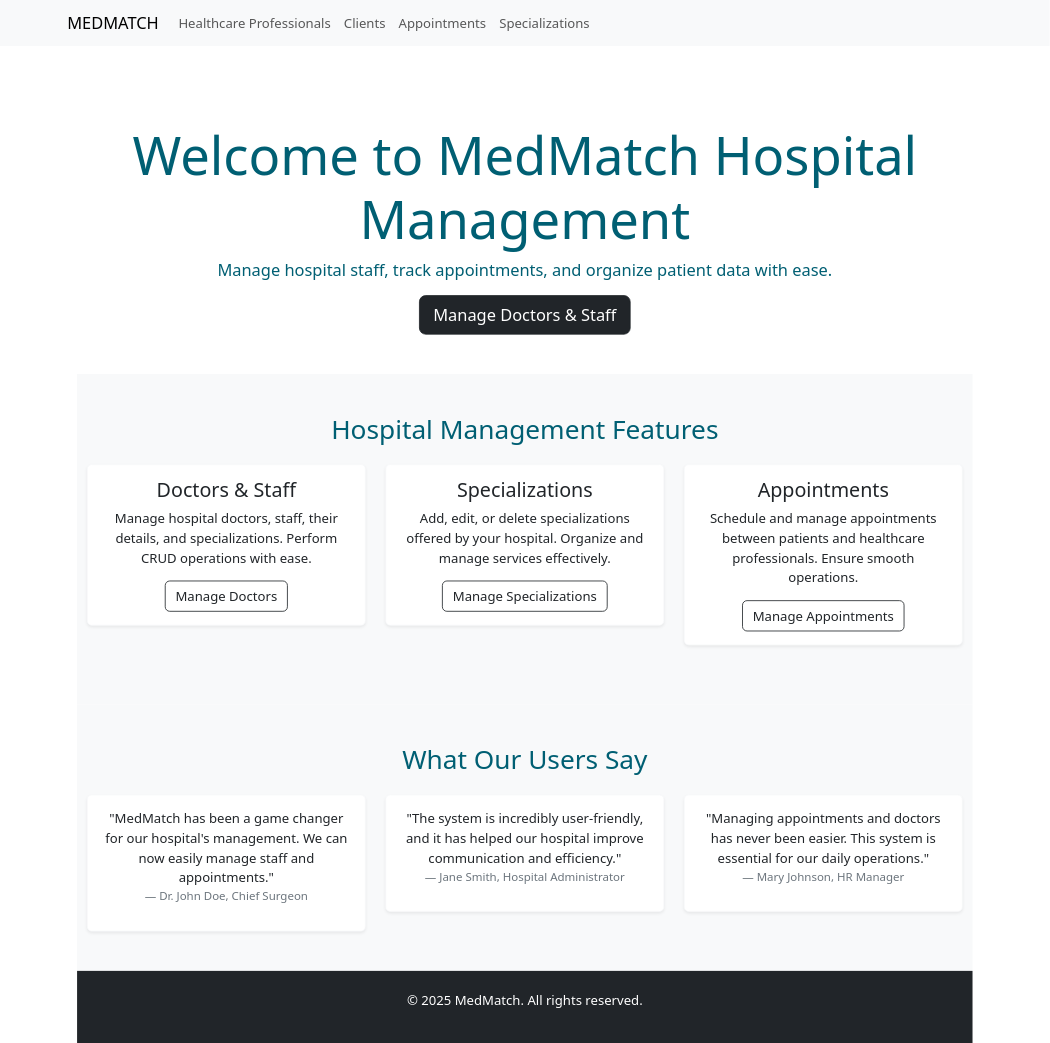
Repository: fahma20/medmatch-platform
Page: / (app in client/)
The author's editor kept a copy of each file at every save. The page is drawn from the files as they stood at one save, then again after the next save.
The browser window is 1280 px wide. The pictures show the whole page, at 82% of full size.
The project was rebuilt for these pictures with package versions that can differ from the ones it lists, and the page was loaded fresh each time. Also part of the build but not shown: client/src/components/Healthcareprofessionals.js, client/src/components/Specializations.js, client/src/components/Appointments.js, client/src/components/Clients.js.

Above is the page before, as saved 2025-02-02 08:34:05.

After the next save:
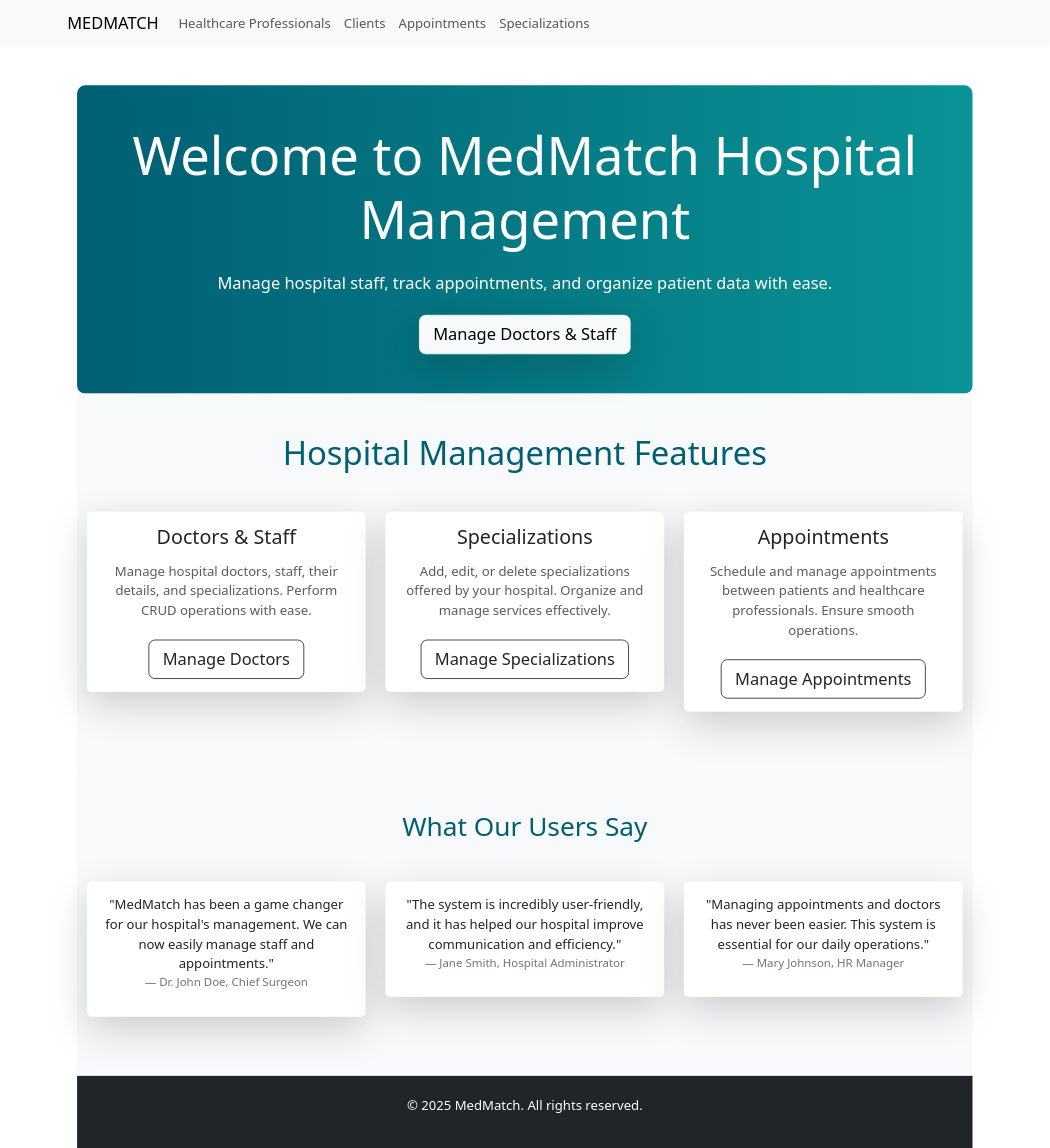
Saved 5 h 42 min later.
--- a/client/src/components/Homepage.js
+++ b/client/src/components/Homepage.js
@@ -6,48 +6,78 @@ const HomePage = () => {
   return (
     <div className="container-fluid">
       {/* Hero Section */}
-      <section className="hero py-5" style={{ backgroundColor: '#ffffff', color: '#005f73' }}>
+      <section
+        className="hero py-5 text-white"
+        style={{
+          background: 'linear-gradient(to right, #005f73, #0a9396)',
+          color: '#ffffff',
+          borderRadius: '10px',
+        }}
+      >
         <div className="container text-center">
-          <h1 className="display-3 font-weight-bold">Welcome to MedMatch Hospital Management</h1>
-          <p className="lead">Manage hospital staff, track appointments, and organize patient data with ease.</p>
-          <Link to="/healthcare-professionals" className="btn btn-dark btn-lg">Manage Doctors & Staff</Link>
+          <h1 className="display-3 font-weight-bold mb-4">
+            Welcome to MedMatch Hospital Management
+          </h1>
+          <p className="lead mb-4">
+            Manage hospital staff, track appointments, and organize patient data with ease.
+          </p>
+          <Link to="/healthcare-professionals" className="btn btn-light btn-lg shadow-lg">
+            Manage Doctors & Staff
+          </Link>
         </div>
       </section>
 
       {/* Features Section */}
       <section className="features py-5" style={{ backgroundColor: '#f8f9fa' }}>
         <div className="container text-center">
-          <h2 className="font-weight-bold mb-4" style={{ color: '#005f73' }}>Hospital Management Features</h2>
+          <h2
+            className="font-weight-bold mb-5"
+            style={{ color: '#005f73', fontSize: '2.5rem' }}
+          >
+            Hospital Management Features
+          </h2>
           <div className="row">
             {/* Doctors & Staff Management */}
             <div className="col-lg-4 mb-4">
-              <div className="card shadow-sm border-light">
+              <div className="card shadow-lg border-0 rounded-lg">
                 <div className="card-body">
-                  <h4 className="card-title text-dark">Doctors & Staff</h4>
-                  <p className="card-text">Manage hospital doctors, staff, their details, and specializations. Perform CRUD operations with ease.</p>
-                  <Link to="/healthcare-professionals" className="btn btn-outline-dark">Manage Doctors</Link>
+                  <h4 className="card-title text-dark mb-3">Doctors & Staff</h4>
+                  <p className="card-text text-muted mb-4">
+                    Manage hospital doctors, staff, their details, and specializations. Perform CRUD operations with ease.
+                  </p>
+                  <Link to="/healthcare-professionals" className="btn btn-outline-dark btn-lg">
+                    Manage Doctors
+                  </Link>
                 </div>
               </div>
             </div>
 
             {/* Specializations Management */}
             <div className="col-lg-4 mb-4">
-              <div className="card shadow-sm border-light">
+              <div className="card shadow-lg border-0 rounded-lg">
                 <div className="card-body">
-                  <h4 className="card-title text-dark">Specializations</h4>
-                  <p className="card-text">Add, edit, or delete specializations offered by your hospital. Organize and manage services effectively.</p>
-                  <Link to="/specializations" className="btn btn-outline-dark">Manage Specializations</Link>
+                  <h4 className="card-title text-dark mb-3">Specializations</h4>
+                  <p className="card-text text-muted mb-4">
+                    Add, edit, or delete specializations offered by your hospital. Organize and manage services effectively.
+                  </p>
+                  <Link to="/specializations" className="btn btn-outline-dark btn-lg">
+                    Manage Specializations
+                  </Link>
                 </div>
               </div>
             </div>
 
             {/* Appointments Management */}
             <div className="col-lg-4 mb-4">
-              <div className="card shadow-sm border-light">
+              <div className="card shadow-lg border-0 rounded-lg">
                 <div className="card-body">
-                  <h4 className="card-title text-dark">Appointments</h4>
-                  <p className="card-text">Schedule and manage appointments between patients and healthcare professionals. Ensure smooth operations.</p>
-                  <Link to="/appointments" className="btn btn-outline-dark">Manage Appointments</Link>
+                  <h4 className="card-title text-dark mb-3">Appointments</h4>
+                  <p className="card-text text-muted mb-4">
+                    Schedule and manage appointments between patients and healthcare professionals. Ensure smooth operations.
+                  </p>
+                  <Link to="/appointments" className="btn btn-outline-dark btn-lg">
+                    Manage Appointments
+                  </Link>
                 </div>
               </div>
             </div>
@@ -58,28 +88,36 @@ const HomePage = () => {
       {/* Testimonials Section */}
       <section className="testimonials bg-light py-5">
         <div className="container text-center">
-          <h2 className="font-weight-bold mb-4" style={{ color: '#005f73' }}>What Our Users Say</h2>
+          <h2 className="font-weight-bold mb-5" style={{ color: '#005f73' }}>
+            What Our Users Say
+          </h2>
           <div className="row">
             <div className="col-md-4">
-              <div className="card shadow-sm border-light">
+              <div className="card shadow-lg border-0 rounded-lg mb-4">
                 <div className="card-body">
-                  <p className="card-text">"MedMatch has been a game changer for our hospital's management. We can now easily manage staff and appointments."</p>
+                  <p className="card-text">
+                    "MedMatch has been a game changer for our hospital's management. We can now easily manage staff and appointments."
+                  </p>
                   <footer className="blockquote-footer">Dr. John Doe, Chief Surgeon</footer>
                 </div>
               </div>
             </div>
             <div className="col-md-4">
-              <div className="card shadow-sm border-light">
+              <div className="card shadow-lg border-0 rounded-lg mb-4">
                 <div className="card-body">
-                  <p className="card-text">"The system is incredibly user-friendly, and it has helped our hospital improve communication and efficiency."</p>
+                  <p className="card-text">
+                    "The system is incredibly user-friendly, and it has helped our hospital improve communication and efficiency."
+                  </p>
                   <footer className="blockquote-footer">Jane Smith, Hospital Administrator</footer>
                 </div>
               </div>
             </div>
             <div className="col-md-4">
-              <div className="card shadow-sm border-light">
+              <div className="card shadow-lg border-0 rounded-lg mb-4">
                 <div className="card-body">
-                  <p className="card-text">"Managing appointments and doctors has never been easier. This system is essential for our daily operations."</p>
+                  <p className="card-text">
+                    "Managing appointments and doctors has never been easier. This system is essential for our daily operations."
+                  </p>
                   <footer className="blockquote-footer">Mary Johnson, HR Manager</footer>
                 </div>
               </div>
